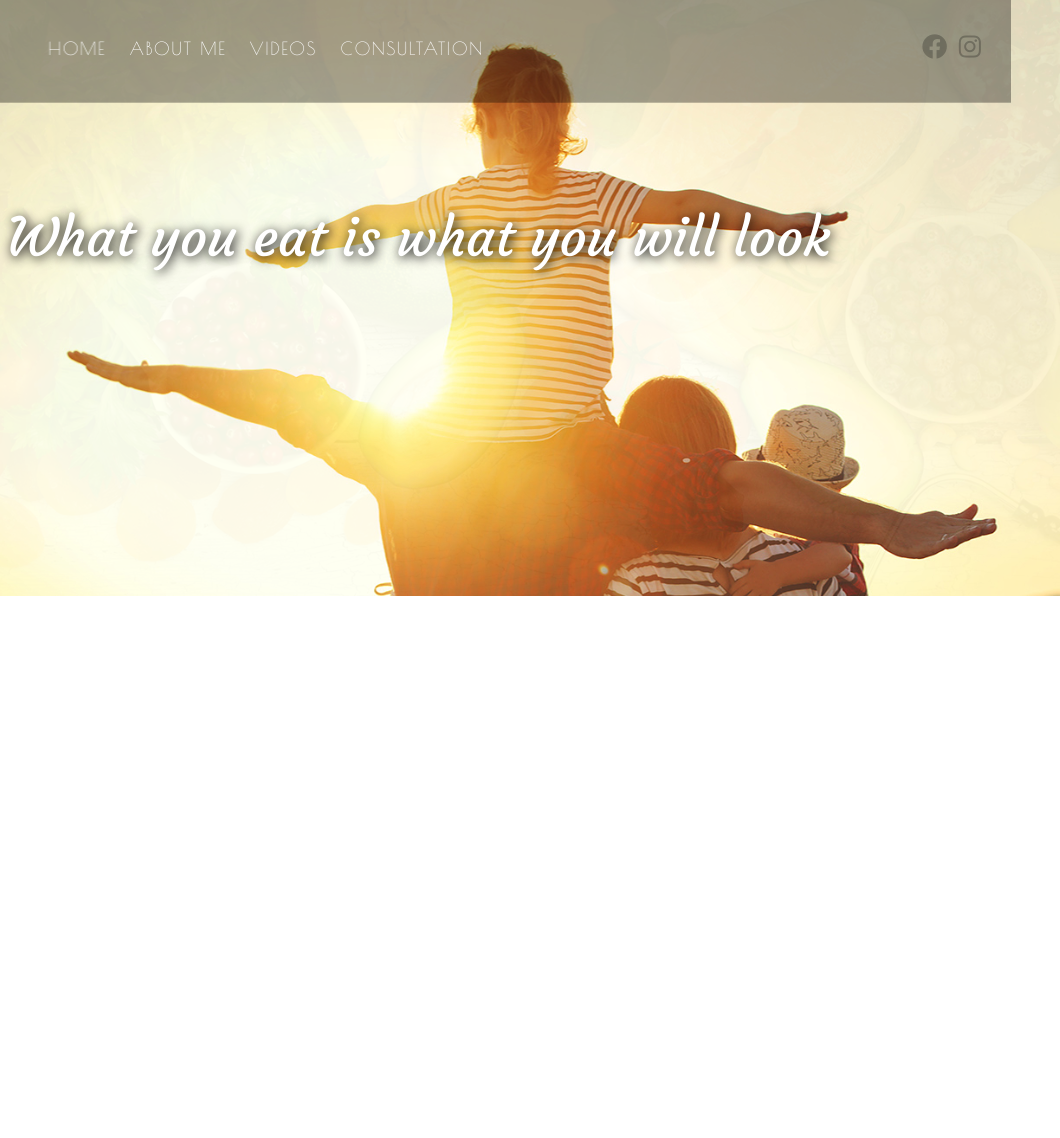
Repository: Aleksandre19/cv-ucmp
Page: index.html
The author's editor kept a record of every edit. The page is drawn from the files as they stood at one moment, then again after the next edit.
The browser window is 1280 px wide. The page is 1342 px wide, so the pictures cover 1342 px, including what lies to the right of the window. The pictures show the whole page, at 79% of full size.
Backgrounds fixed to the window are drawn as part of the page. Some web libraries are served in a nearby version.

Above is the page before.

After the next edit:
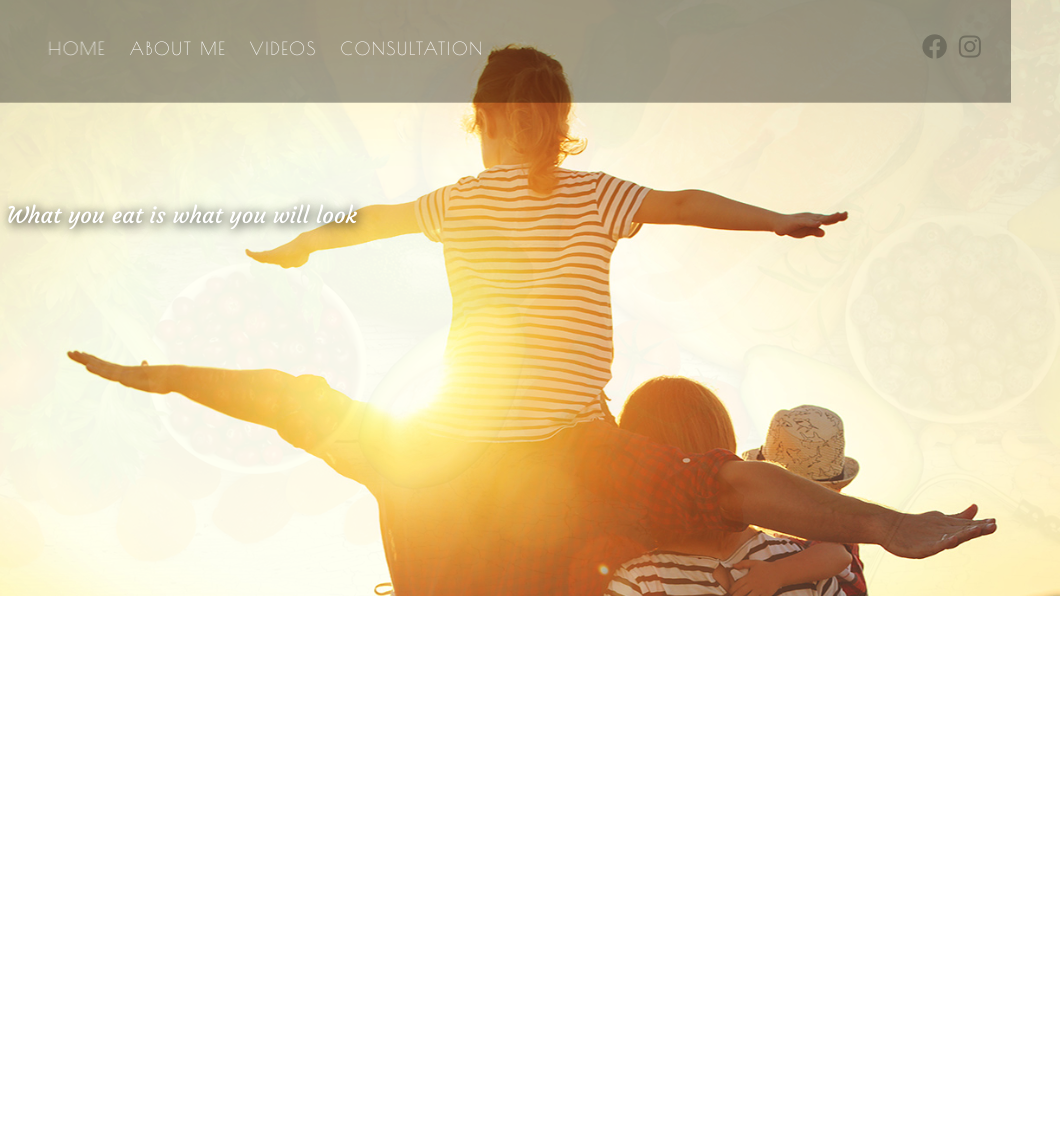
The edit:
--- a/assets/css/style.css
+++ b/assets/css/style.css
@@ -247,7 +247,7 @@
         content: "What you eat is what you will look";
         font-size: 0em;
     }
-    25% {
+    8% {
 
         font-size: 5em;
 
